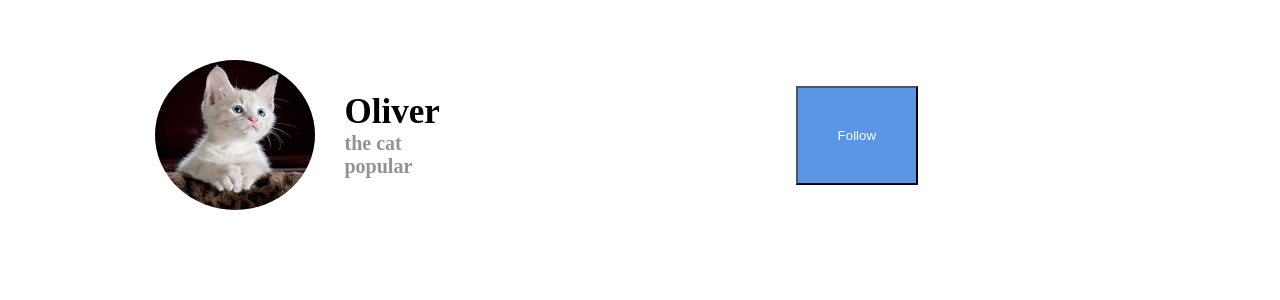
Repository: arifshahriyarnader/css-flexbox
Page: Exercise 4/index.html
The author's editor kept a copy of each file at every save. The page is drawn from the files as they stood at one save, then again after the next save.
The browser window is 1280 px wide. The pictures show the whole page.

Above is the page before, as saved 2024-06-21 11:43:34.

### Exercise 4/index.html
<!DOCTYPE html>
<html lang="en">
<head>
    <meta charset="UTF-8">
    <meta name="viewport" content="width=device-width, initial-scale=1.0">
    <title>Document</title>
    <link rel="stylesheet" href="css/style.css">
</head>
<body>
        <div class="follow">
            <img src="images/cat1.jpg" alt="cat 1" class="follow_img">
            <div class="follow_content">
                <h3>Oliver</h3>
                <p>the cat</p>
                <p>popular</p>

            </div>
            <div></div>
            <div></div>
            <div></div>
            <div></div>
            <div></div>
            <div></div>
            <div></div>
            <div></div>
            <div></div>
            <div></div>
            <div></div>
            <button type="submit" class="btn">Follow</button>
            <div></div>
            <div></div>
            <div></div>
            <div></div>
            <div></div>
            <div></div>
            <div></div>
            <div></div>
            <div></div>
        </div>

</body>
</html>

### Exercise 4/css/style.css
*{
    margin:0;
    padding: 0;
    box-sizing: border-box;
}
.follow{
    display: flex;
    align-items: center;
    justify-content: space-around;
    margin:60px 80px;
}
.follow_img{
    border-radius: 50%;
    margin-left: 60px;
}
.follow_content h3{
    font-size: 35px;

}

.follow_content p{
    color:#939393;
    font-size: 20px;
    font-weight: bold;
}

.btn{
    background-color: #5B95E5;
    color: #fff;
    padding: 40px;
}

After the next save:
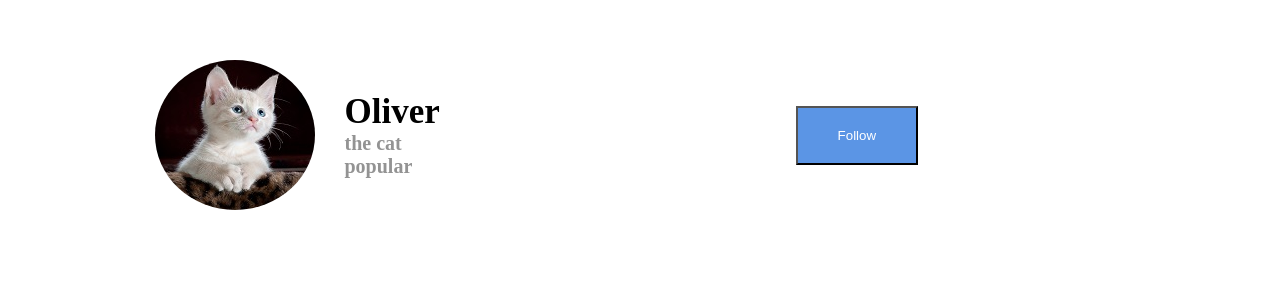
Saved 6 s later.
--- a/Exercise 4/css/style.css
+++ b/Exercise 4/css/style.css
@@ -27,5 +27,5 @@
 .btn{
     background-color: #5B95E5;
     color: #fff;
-    padding: 40px;
+    padding: 20px 40px;
 }
